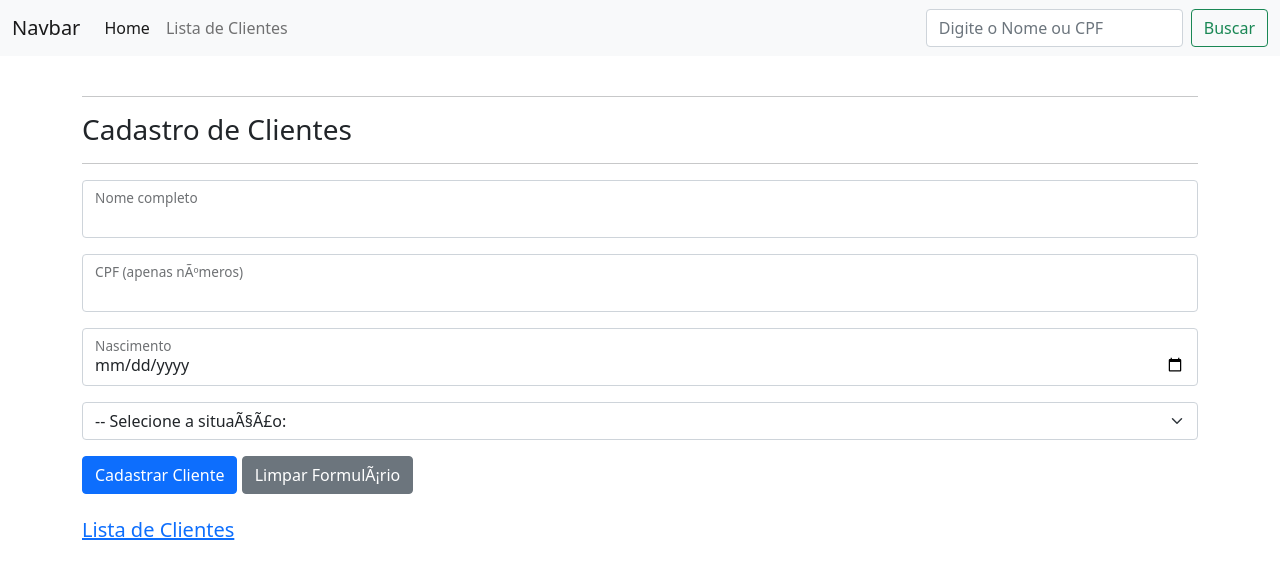
Repository: Kayo-Werter/projeto-hotel
Page: hotel/src/main/webapp/navbar.html
An editor plug-in stored every save of this project. The page is shown before and after the next save, followed by the edit.
The browser window is 1280 px wide. The pictures show the whole page.

Above is the page before, as saved 2023-12-02 20:08:37.

After the next save:
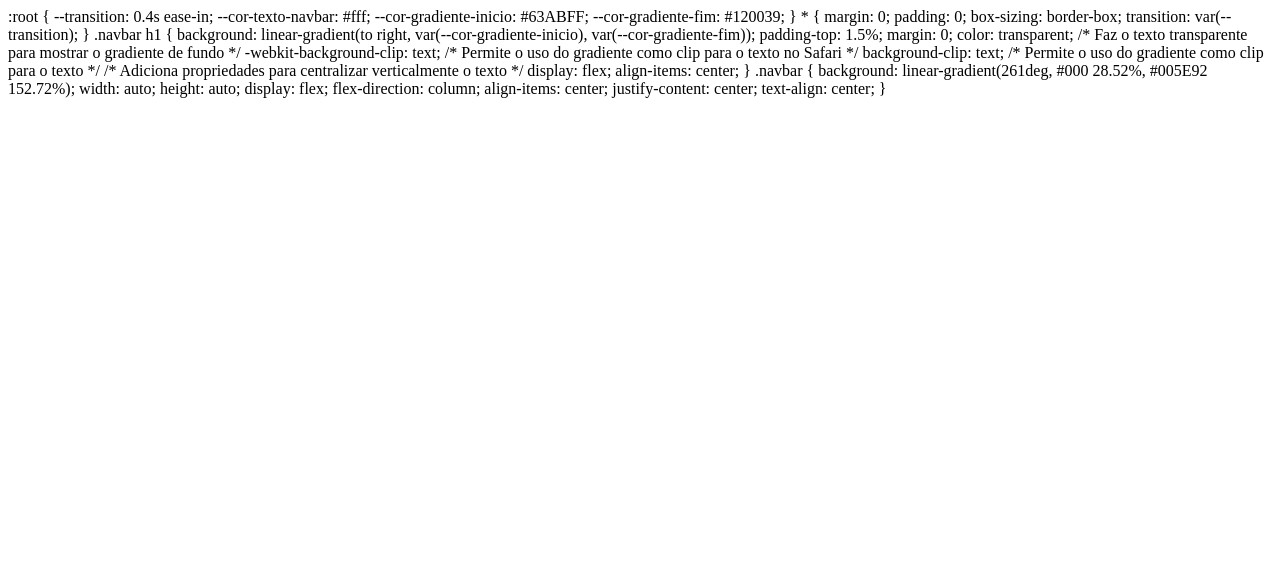
Saved 112 s later.
--- a/hotel/src/main/webapp/navbar.html
+++ b/hotel/src/main/webapp/navbar.html
@@ -1,68 +1,37 @@
-<!DOCTYPE html>
-<html>
-<head>
-	<meta charset="ISO-8859-1">
-	<title>CRUD Java - Cadastro de Cliente | Home</title>
-	<!-- CSS only -->
-	<link href="https://cdn.jsdelivr.net/npm/bootstrap@5.1.3/dist/css/bootstrap.min.css" rel="stylesheet" integrity="sha384-1BmE4kWBq78iYhFldvKuhfTAU6auU8tT94WrHftjDbrCEXSU1oBoqyl2QvZ6jIW3" crossorigin="anonymous">
-</head>
-<body>
-<nav class="navbar navbar-expand-lg navbar-light bg-light">
-  	<div class="container-fluid">
-    	<a class="navbar-brand" href="#">Navbar</a>
-    	<button class="navbar-toggler" type="button" data-bs-toggle="collapse" data-bs-target="#navbarSupportedContent" aria-controls="navbarSupportedContent" aria-expanded="false" aria-label="Toggle navigation">
-      		<span class="navbar-toggler-icon"></span>
-    	</button>
-    	<div class="collapse navbar-collapse" id="navbarSupportedContent">
-      		<ul class="navbar-nav me-auto mb-2 mb-lg-0">
-        		<li class="nav-item">
-          			<a class="nav-link active" aria-current="page" href="index.html">Home</a>
-        		</li>
-        		<li class="nav-item">
-        			<a class="nav-link" href="CreateAndFind">Lista de Clientes</a>
-        		</li>
-      		</ul>
-      		<form action="CreateAndFind" method="GET" class="d-flex">
-    			<input name="pesquisa" class="form-control me-2" type="search" placeholder="Digite o Nome ou CPF" aria-label="Search">
-        		<button class="btn btn-outline-success" type="submit">Buscar</button>
-      		</form>
-    	</div>
- 	</div>
-</nav>
-<br>
-<div class="container">
-	<div class="row">
-		<div class="cold-md-7">
-			<hr>
-			<h3>Cadastro de Clientes</h3>
-			<hr>
-			<form action="CreateAndFind" method="POST">
-				<div class="form-floating mb-3">
-					<input name="nome" maxlength="40" type="text" class="form-control" id="floatingInput1">
-					<label>Nome completo</label>
-				</div>
-				<div class="form-floating mb-3">
-					<input name="cpf" maxlength="11" type="text" class="form-control">
-					<label>CPF (apenas números)</label>
-				</div>
-				<div class="form-floating mb-3">
-					<input name="nascimento" type="date" class="form-control" placeholder="Nascimento">
-					<label>Nascimento</label>
-				</div>
-				<select name="situacao" class="form-select mb-3" aria-label="Default select example">
-					<option value="Inativo" selected>-- Selecione a situação:</option>
-					<option value="Ativo">Ativo</option>
-					<option value="Inativo">Inativo</option>
-				</select>
-				<button class="btn btn-primary" type="submit">Cadastrar Cliente</button>
-				<button class="btn btn-secondary" type="reset">Limpar Formulário</button>
-			</form>
-			<br>
-			<h5><a href="CreateAndFind">Lista de Clientes</a></h5>
-		</div>
-	</div>
-</div>
-<!-- JavaScript Bundle with Popper -->
-<script src="https://cdn.jsdelivr.net/npm/bootstrap@5.1.3/dist/js/bootstrap.bundle.min.js" integrity="sha384-ka7Sk0Gln4gmtz2MlQnikT1wXgYsOg+OMhuP+IlRH9sENBO0LRn5q+8nbTov4+1p" crossorigin="anonymous"></script>
-</body>
-</html>
+:root {
+    --transition: 0.4s ease-in;
+    --cor-texto-navbar: #fff;
+    --cor-gradiente-inicio: #63ABFF;
+    --cor-gradiente-fim: #120039;
+}
+
+* {
+    margin: 0;
+    padding: 0;
+    box-sizing: border-box;
+    transition: var(--transition);
+  }
+
+  .navbar h1 {
+    background: linear-gradient(to right, var(--cor-gradiente-inicio), var(--cor-gradiente-fim));
+    padding-top: 1.5%;
+    margin: 0;
+    color: transparent; /* Faz o texto transparente para mostrar o gradiente de fundo */
+    -webkit-background-clip: text; /* Permite o uso do gradiente como clip para o texto no Safari */
+    background-clip: text; /* Permite o uso do gradiente como clip para o texto */
+
+    /* Adiciona propriedades para centralizar verticalmente o texto */
+    display: flex;
+    align-items: center;
+  }
+
+  .navbar {
+    background: linear-gradient(261deg, #000 28.52%, #005E92 152.72%);
+    width: auto;
+    height: auto;
+    display: flex;
+    flex-direction: column;
+    align-items: center;
+    justify-content: center;
+    text-align: center;
+  }
